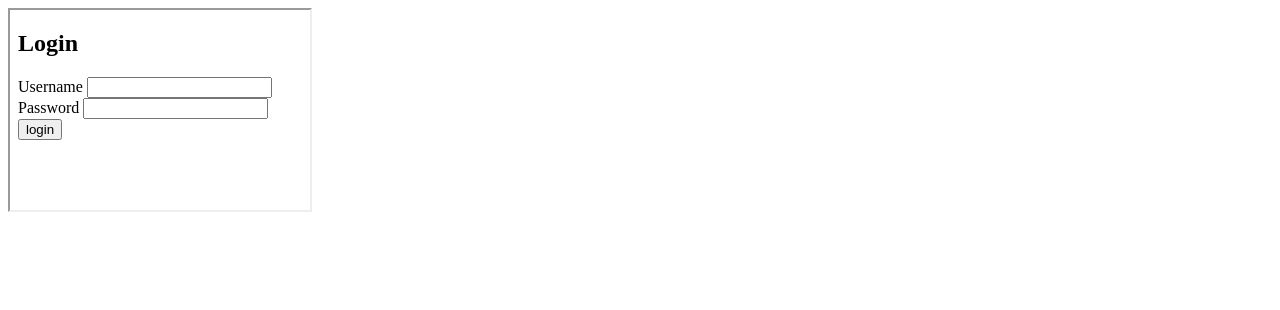
Repository: jbn-aman/wiprobatch1
Page: project/work/html/mywebapp/public/pages/IFramedemo.html
An editor plug-in stored every save of this project. The page is shown before and after the next save, followed by the edit.
The browser window is 1280 px wide. The pictures show the whole page.

Above is the page before, as saved 2024-03-31 16:01:58.

After the next save:
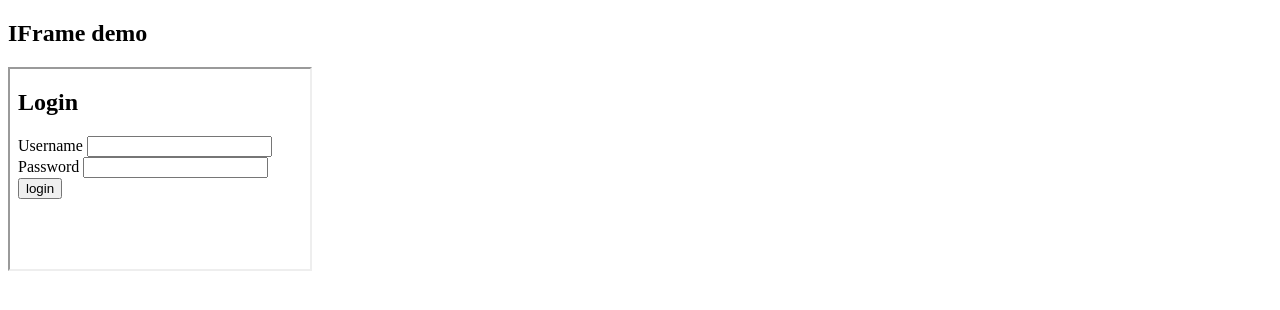
Saved 25 s later.
--- a/project/work/html/mywebapp/public/pages/IFramedemo.html
+++ b/project/work/html/mywebapp/public/pages/IFramedemo.html
@@ -5,6 +5,8 @@
 <title>IFrame Demo</title>
 </head>
 <body>
+
+<h2>IFrame demo</h2>
 	<iframe src="Login.html" height="200" width="300"
 		title="Iframe Example"></iframe>
 </body>
